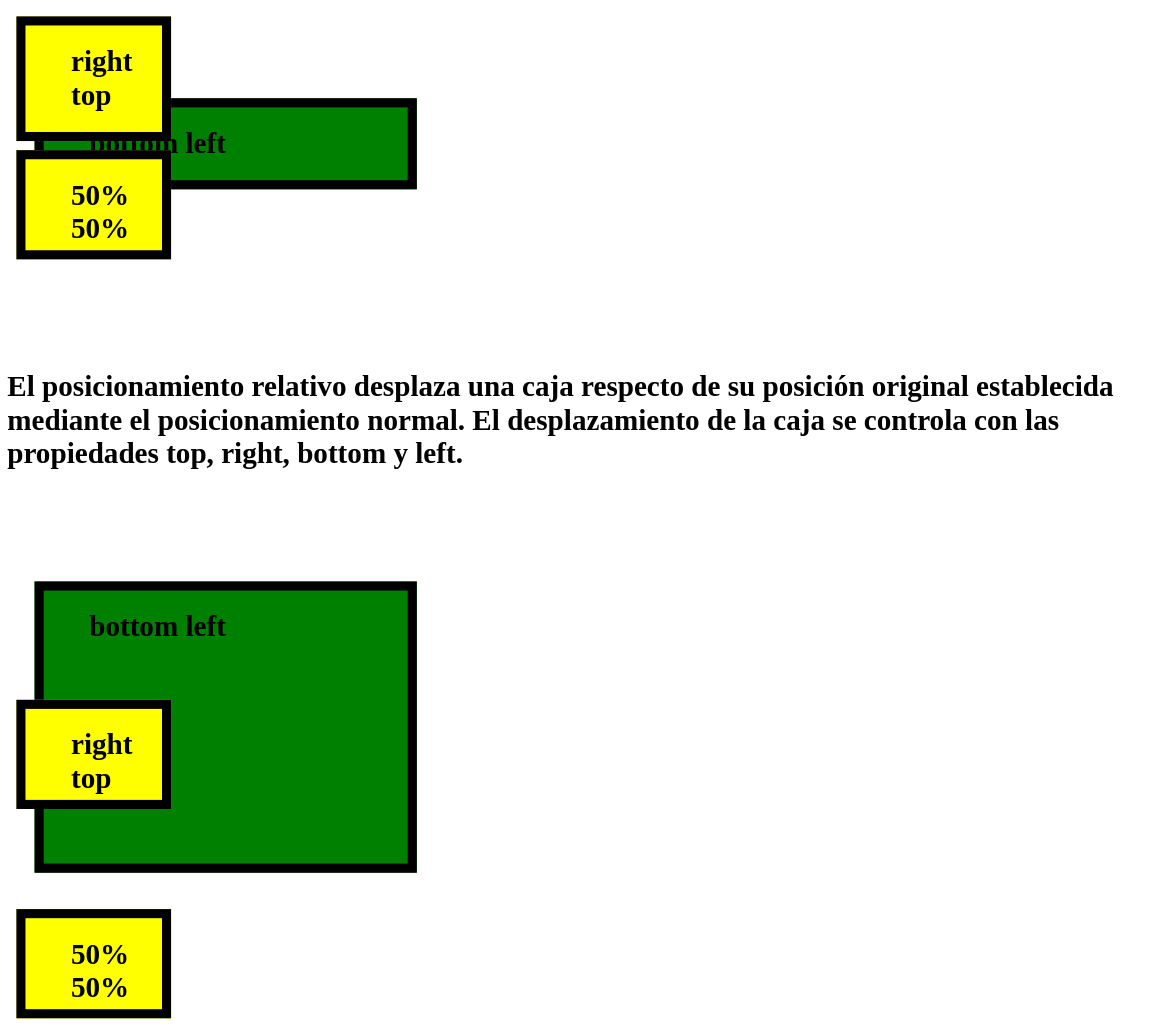
Repository: antonio63j/misNotas
Page: software/CSS/Demos/aptana_proyect/src/relativo.html
An editor plug-in stored every save of this project. The page is shown before and after the next save, followed by the edit.
The browser window is 1280 px wide. The pictures show the whole page, at 91% of full size.

Above is the page before, as saved 2017-04-23 16:59:54.

### software/CSS/Demos/aptana_proyect/src/relativo.html
<!DOCTYPE html>
<html>
<head>
<style>

#caja1 {
  position:relative;
  top:100px;
  left:20px;
  width: 300px;
  padding-left:  50px;
  padding-right: 50px;
  margin-left:   10px;
  margin-right:  10px;
  border: 10px solid black;
  margin-bottom:10px;
  background-color:green;
}

#caja2 {
  position:relative;
  top:-100px;
  width: 50px;
  padding-left:  50px;
  padding-right: 50px;
  margin-left:   10px;
  margin-right:  10px;
  border: 10px solid black;
  margin-bottom:10px;
  background-color:yellow;
}

#caja3 {
  position:relative;
  top:-100px;
  width: 50px;
  height:100px;
  padding-left:  50px;
  padding-right: 50px;
  margin-left:   10px;
  margin-right:  10px;
  border: 10px solid black;
  margin-bottom:10px;
  background-color:yellow;
}

#caja11 {
  position:relative;
  top:100px;
  left:20px;
  width: 300px;
  height:300px;
  padding-left:  50px;
  padding-right: 50px;
  margin-left:   10px;
  margin-right:  10px;
  border: 10px solid black;
  margin-bottom:10px;
  background-color:green;
}

#caja22 {
  position:relative;
  top:-100px;
  width: 50px;
  height:100px;
  padding-left:  50px;
  padding-right: 50px;
  margin-left:   10px;
  margin-right:  10px;
  border: 10px solid black;
  margin-bottom:10px;
  background-color:yellow;
}

#caja33 {
  position:relative;

  width: 50px;
  height:100px;
  padding-left:  50px;
  padding-right: 50px;
  margin-left:   10px;
  margin-right:  10px;
  border: 10px solid black;
  margin-bottom:10px;
  background-color:yellow;
}


</style>
</head>



<body>

<div id="caja1"><h1>bottom left</h1></div>
<div id="caja2"><h1>right top</h1></div>
<div id="caja3"><h1>50% 50%</h1></div>

<h1>El posicionamiento relativo desplaza una caja respecto de su posición original establecida mediante el posicionamiento normal. El desplazamiento de la caja se controla con las propiedades top, right, bottom y left.</h1>

<div id="caja11"><h1>bottom left</h1></div>
<div id="caja22"><h1>right top</h1></div>
<div id="caja33"><h1>50% 50%</h1></div>

</body>

</html>

After the next save:
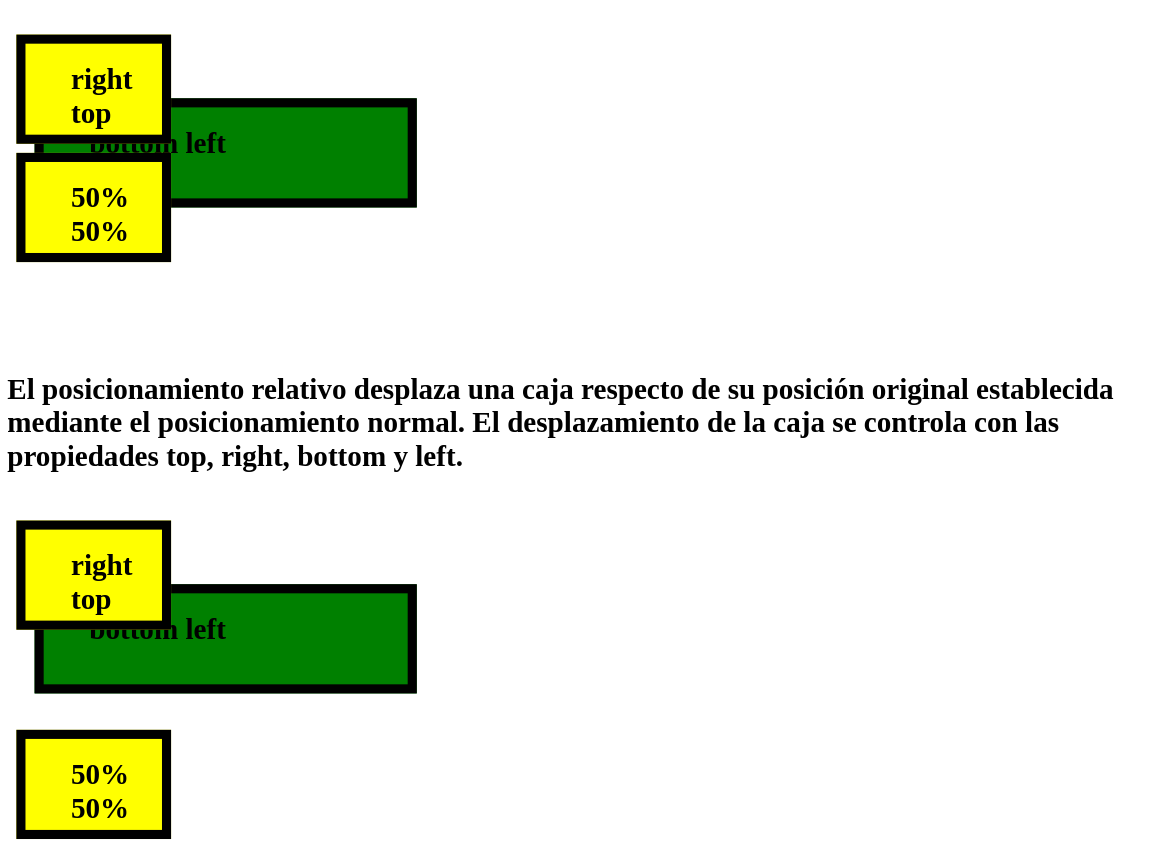
Saved 118 s later.
--- a/software/CSS/Demos/aptana_proyect/src/relativo.html
+++ b/software/CSS/Demos/aptana_proyect/src/relativo.html
@@ -8,6 +8,7 @@
   top:100px;
   left:20px;
   width: 300px;
+  height:100px;
   padding-left:  50px;
   padding-right: 50px;
   margin-left:   10px;
@@ -21,6 +22,7 @@
   position:relative;
   top:-100px;
   width: 50px;
+  height:100px;
   padding-left:  50px;
   padding-right: 50px;
   margin-left:   10px;
@@ -49,7 +51,7 @@
   top:100px;
   left:20px;
   width: 300px;
-  height:300px;
+  height:100px;
   padding-left:  50px;
   padding-right: 50px;
   margin-left:   10px;
